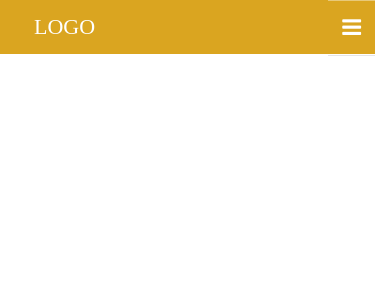
Repository: albayrakfatih/Flex-Navbar
Page: navbar-w-flexbox.html
These files come from the project's save history. The page is drawn as it stood at one moment and after the next save; the edit follows.
The browser window is 375 px wide. The pictures show the whole page.

Above is the page before, as saved 2023-05-09 20:35:17.

### navbar-w-flexbox.html
<!DOCTYPE html>
<html lang="en">
<head>
    <meta charset="UTF-8">
    <meta http-equiv="X-UA-Compatible" content="IE=edge">
    <meta name="viewport" content="width=device-width, initial-scale=1.0">
    <link rel="stylesheet" href="styles.css">
    <link rel="stylesheet" href="https://cdnjs.cloudflare.com/ajax/libs/font-awesome/4.7.0/css/font-awesome.min.css">
    <title>Navbar With Flexbox</title>
</head>
<body>


    <nav class="responsive">
        <a href="" class="logo">LOGO</a>
        <ul class="navigation">
            <li><a href="#">Home</a></li>
            <li><a href="#">About</a></li>
            <li><a href="#">Products</a></li>
            <li><a href="#">Contact</a></li>
            <li><a href="#">
                <i class="fa fa-bars"></i>
            </a></li>

        </ul>
    </nav>



</body>
</html>

### styles.css
*{
    padding: 0;
    margin: 0;
}

nav{
    display: flex;
    justify-content: space-between;
    background: goldenrod;
    padding: 0 20px;
}



nav a{
    align-self: center;
    text-decoration: none;
    font-size: 22px;
    color: #fff;
}

.navigation{
    list-style-type: none;
    display: flex;
}
.navigation a{
    display: block;
    padding: 14px;
    text-align: center;
}
.navigation a:hover{
    background:  #e8c264;
    border-radius: 20px;
}
.navigation li:last-child{
    display: none;
}


@media (max-width:570px){
    nav{
        flex-direction: column;
        position: relative;
    }
    nav a{
        padding: 14px;
    }

    .navigation{
        flex-direction: column;
    }
    .navigation a{
        border-top: 1px solid rgba(255,255,255,0.4);
        border-bottom: 1px solid rgba(0,0,0,0.1);
    }
    .navigation li:last-child{
        display: block;
        position: absolute;
        top: 0;
        right: 0px;
    }
    .responsive .navigation li:not(:last-child){
        display:none;
    }
    nav a{
        align-self: flex-start;
    }



}

After the next save:
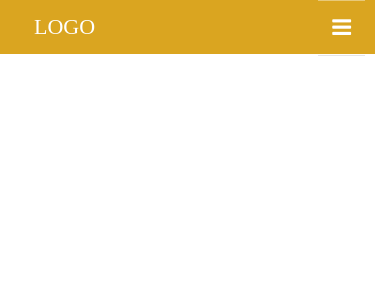
Saved 14 s later.
--- a/styles.css
+++ b/styles.css
@@ -57,7 +57,7 @@
         display: block;
         position: absolute;
         top: 0;
-        right: 0px;
+        right: 10px;
     }
     .responsive .navigation li:not(:last-child){
         display:none;
